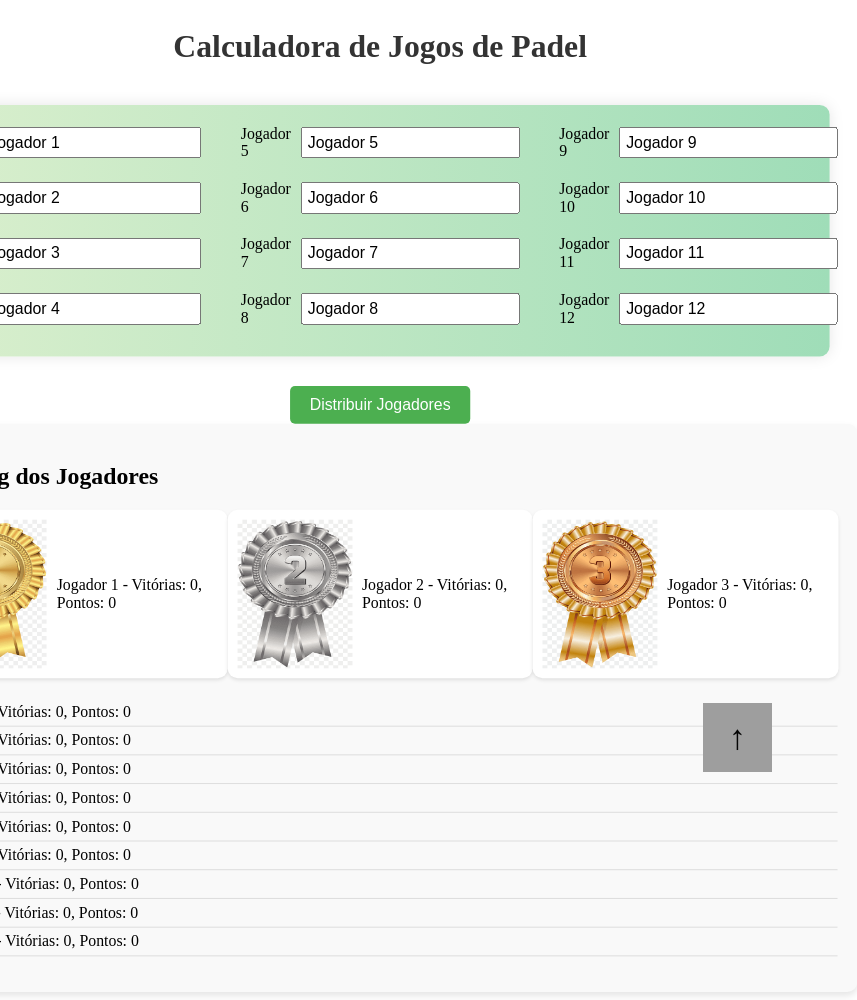
Repository: MarcioMiguel22/PadelMaster
Page: /calculadora
An editor plug-in stored every save of this project. The page is shown before and after the next save, followed by the edit.
The browser window is 768 px wide. The page is 866 px wide, then 768 px, so the pictures cover 866 px, including what lies to the right of the window. The pictures show the whole page, at 99% of full size.
Pictures or frames that could not be fetched are drawn as grey boxes. The project was rebuilt for these pictures with package versions that can differ from the ones it lists, and the page was loaded fresh each time. Also part of the build but not shown: vite.config.ts, src/pages/Home/Home.tsx, src/components/components_calculadora/Campo.tsx, src/components/components_calculadora/Jogo.tsx, src/index.css.

Above is the page before, as saved 2024-06-14 15:39:47.

### src/main.tsx
///home/marciomiguel/code/MarcioMiguel22/Sites/PadelMaster/src/main.tsx
import { render } from 'react-dom';
import { StrictMode } from 'react';
import App from './App';
import './index.css';

const root = document.getElementById('root')!;
render(
  <StrictMode>
    <App />
  </StrictMode>,
  root
);

### src/App.tsx

///home/marciomiguel/code/MarcioMiguel22/Sites/PadelMaster/src/App.tsx

import { BrowserRouter, Routes, Route } from 'react-router-dom';
import Home from './pages/Home/Home';
import Calculadora from './pages/Calculadora/Calculadora';

function App() {
  return (
    <BrowserRouter>
      <Routes>
        <Route path="/" element={<Home />} />
        <Route path="/calculadora" element={<Calculadora />} /> // Wrap Calculadora component with curly braces
      </Routes>
    </BrowserRouter>
  );
}

export default App

### src/pages/Calculadora/Calculadora.tsx
import React, { useState } from 'react';
import './Calculadora.css';
import JogadoresLista from '../../components/components_calculadora/JogadoresLista';
import Jogo from '../../components/components_calculadora/Jogo';
import Ranking from '../../components/components_calculadora/Ranking';
import { Jogador, Time, Campo as CampoType } from '../../utils/types/types'; // Importando os tipos
import { iniciarProximoJogo } from '../../components/components_calculadora/logic/gameLogic'; // Importando a função
import ScrollToTopButton from '../../components/components_calculadora/ScrollToTopButton'; // Importando o novo componente

const jogadoresIniciais: Jogador[] = Array.from({ length: 12 }, (_, i) => ({
  id: i + 1,
  nome: `Jogador ${i + 1}`,
  vitorias: 0,
  pontos: 0,
}));

const embaralharArray = <T,>(array: T[]): T[] => {
  const copiaArray = [...array];
  for (let i = copiaArray.length - 1; i > 0; i--) {
    const j = Math.floor(Math.random() * (i + 1));
    [copiaArray[i], copiaArray[j]] = [copiaArray[j], copiaArray[i]];
  }
  return copiaArray;
};

const criarTimes = (jogadores: Jogador[]): Time[] => {
  const jogadoresEmbaralhados = embaralharArray(jogadores);
  const times: Time[] = [];
  for (let i = 0; i < jogadoresEmbaralhados.length; i += 2) {
    times.push({ jogadores: jogadoresEmbaralhados.slice(i, i + 2), resultado: 0 });
  }
  return times;
};

const criarCampos = (times: Time[]): CampoType[] => [
  { id: 1, times: times.slice(0, 2) },
  { id: 2, times: times.slice(2, 4) },
  { id: 3, times: times.slice(4, 6) },
];

const CalculadoraApp: React.FC = () => {
  const [jogadores, setJogadores] = useState<Jogador[]>(jogadoresIniciais);
  const [jogos, setJogos] = useState<CampoType[][]>([]);

  const handleNomeChange = (id: number, novoNome: string) => {
    setJogadores(jogadores.map(jogador =>
      jogador.id === id ? { ...jogador, nome: novoNome } : jogador
    ));
  };

  const handleResultadoChange = (jogoIndex: number, campoId: number, timeIndex: number, novoResultado: number) => {
    setJogos(jogos.map((jogo, idx) =>
      idx === jogoIndex
        ? jogo.map(campo =>
            campo.id === campoId
              ? {
                  ...campo,
                  times: campo.times.map((time, index) =>
                    index === timeIndex ? { ...time, resultado: novoResultado } : time
                  ),
                }
              : campo
          )
        : jogo
    ));
  };

  const handleNomeEdit = (jogoIndex: number, campoId: number, timeIndex: number, jogadorIndex: number, novoNome: string) => {
    setJogos(jogos.map((jogo, idx) =>
      idx === jogoIndex
        ? jogo.map(campo =>
            campo.id === campoId
              ? {
                  ...campo,
                  times: campo.times.map((time, tIdx) =>
                    tIdx === timeIndex
                      ? {
                          ...time,
                          jogadores: time.jogadores.map((jogador, jIdx) =>
                            jIdx === jogadorIndex ? { ...jogador, nome: novoNome } : jogador
                          ),
                        }
                      : time
                  ),
                }
              : campo
          )
        : jogo
    ));
  };

  const distribuirJogadores = () => {
    const times = criarTimes(jogadores);
    const novosCampos = criarCampos(times);
    setJogos([novosCampos]);
  };

  const getTeamClass = (campo: CampoType, timeIndex: number): string => {
    if (campo.times.length < 2) return '';
    const resultadoAtual = campo.times[timeIndex].resultado;
    const resultadoOponente = campo.times[1 - timeIndex]?.resultado;
    if (resultadoAtual > resultadoOponente) return 'team vencedor';
    if (resultadoAtual < resultadoOponente) return 'team perdedor';
    return 'team';
  };

  const jogadoresClassificados = [...jogadores].sort((a, b) => {
    if (b.vitorias === a.vitorias) {
      return b.pontos - a.pontos;
    }
    return b.vitorias - a.vitorias;
  });

  return (
    <div className="calculadora-container">
      <h1>Calculadora de Jogos de Padel</h1>
      <div className="main-content">
        <JogadoresLista jogadores={jogadores} handleNomeChange={handleNomeChange} />
        <div className="fields-container">
          <button onClick={distribuirJogadores} className="distribute-button">Distribuir Jogadores</button>
          {jogos.map((jogo, jogoIndex) => (
            <Jogo
              key={jogoIndex}
              jogo={jogo}
              jogoIndex={jogoIndex}
              handleResultadoChange={handleResultadoChange}
              handleNomeEdit={handleNomeEdit}
              getTeamClass={getTeamClass}
            />
          ))}
        </div>
        {jogos.length > 0 && jogos.length < 5 && (
          <button onClick={() => iniciarProximoJogo(jogos, setJogos)} className="distribute-button">Jogo {jogos.length + 1}</button>
        )}
        <ScrollToTopButton />
        <Ranking jogadoresClassificados={jogadoresClassificados} />
      </div>
    </div>
  );
};

export default CalculadoraApp;

### src/pages/Home/Home.module.css
.padel-container {
  text-align: center;
  background-color: white;
  padding: 20px;
  border-radius: 10px;
  box-shadow: 0 0 10px rgba(0, 0, 0, 0.1);
}

h1 {
  color: #333;
  margin-bottom: 20px;
}

.padel-image {
  max-width: 50%;
  height: auto;
  border-radius: 10px;
  margin-bottom: 20px;
}

.enter-button {
  background-image: url('../../assets/images/tennis-ball.png'); /* Ensure the path is correct */
  background-size: cover;
  background-position: center;
  background-repeat: no-repeat;
  width: 60px;
  height: 60px;
  border: none;
  border-radius: 50%;
  cursor: pointer;
  padding: 0;
}

.enter-button:hover {
  transform: scale(1.1);
}

### src/pages/Calculadora/Calculadora.css
.calculadora-container {
  /* padding: 20px;
  text-align: center; */
  display: flex;
  flex-direction: column;
  align-items: center;
  gap: 20px;
}

.main-content {

  gap: 20px;
}

.jogadores-lista {
  background: linear-gradient(to right, #daefcd, #9fddb8);
  display: flex;
  flex-direction: row;
  justify-content: center;
  gap: 40px;

  width: 90%;
  max-width: 1200px;
  margin: 0 auto;
  padding: 20px;

  border-radius: 10px;
  box-shadow: 0 0 15px rgba(0, 0, 0, 0.1);
}

.jogadores-coluna {
  display: flex;
  flex-direction: column;
  align-items: center;
  gap: 10px;
}

.jogador-item {
  display: flex;
  align-items: center;
  margin-bottom: 10px;
}

.jogador-item label {
  margin-right: 10px;
}

.jogador-item input {
  padding: 5px;
  font-size: 16px;
}

.jogador-input {
  margin-right: 5px;
  padding: 5px;
  font-size: 16px;
  border: 1px solid #ccc;
  border-radius: 5px;
}

.distribute-button, .scroll-to-top {
  background-color: #4CAF50;
  color: white;
  padding: 10px 20px;
  border: none;
  border-radius: 5px;
  cursor: pointer;
  font-size: 16px;
  margin-top: 10px;
}

.distribute-button:hover, .scroll-to-top:hover {
  background-color: #45a049;
}

.fields-container {
  display: flex;
  flex-direction: column;
  align-items: center;
  margin-top: 20px;
}

.jogo {
  margin-bottom: 40px;
}

.campos {
  display: flex;
  justify-content: space-around;
}

.field {
  background: linear-gradient(to right, #c3e8ad, #a8d5ba);
  padding: 20px;
  border-radius: 10px;
  box-shadow: 0 0 10px rgba(0, 0, 0, 0.1);
  width: 30%;
}

.field h2 {
  margin-top: 0;
}

.team {

  list-style-type: none;
  padding: 5px;
  background-color: #fff;
  margin: 5px 0;
  border-radius: 5px;
  box-shadow: 0 0 5px rgba(0, 0, 0, 0.1);
  width:fit-content; /* Ajuste o valor conforme necessário */
}


.team.vencedor {
  background-color: #d4edda; /* Verde claro */
}

.team.perdedor {
  background-color: #f8d7da; /* Vermelho claro */
}

.team div {
  display: flex;
  align-items: center;
}

.team input.resultado-input {
  margin-left: 10px;
  width: 45px;
  padding: 5px;
  font-size: 16px;
}

.ranking-container {
  margin-top: 40px;
}

.ranking-container h2 {
  margin-bottom: 10px;
}

.ranking-container ul {
  list-style-type: none;
  padding: 0;
}

.ranking-container li {
  margin: 5px 0;
}

### src/components/components_calculadora/JogadoresLista.tsx
import React from 'react';
import JogadorItem from './JogadorItem';
import { Jogador } from '../../utils/types/types'; // Importando o tipo Jogador

interface JogadoresListaProps {
  jogadores: Jogador[];
  handleNomeChange: (id: number, novoNome: string) => void;
}

const JogadoresLista: React.FC<JogadoresListaProps> = ({ jogadores, handleNomeChange }) => (
  <div className="jogadores-lista">
    {Array.from({ length: 3 }, (_, i) => (
      <div className="jogadores-coluna" key={i}>
        {jogadores.slice(i * 4, (i + 1) * 4).map(jogador => (
          <JogadorItem
            key={jogador.id}
            jogador={jogador}
            handleNomeChange={handleNomeChange}
          />
        ))}
      </div>
    ))}
  </div>
);

export default JogadoresLista;

### src/components/components_calculadora/Ranking.tsx
import React from 'react';
import ouro from '../../assets/images/ouro.png';
import prata from '../../assets/images/prata.png';
import bronze from '../../assets/images/bronze.png';
import styles from './Ranking.module.css';

interface Jogador {
  id: number;
  nome: string;
  vitorias: number;
  pontos: number;
}

interface RankingProps {
  jogadoresClassificados: Jogador[];
}

const Ranking: React.FC<RankingProps> = ({ jogadoresClassificados }) => {
  const top3 = jogadoresClassificados.slice(0, 3);
  const outrosJogadores = jogadoresClassificados.slice(3);

  const medalhas = [ouro, prata, bronze];

  return (
    <div className={styles.rankingContainer}>
      <h2>Ranking dos Jogadores</h2>
      <div className={styles.top3Container}>
        {top3.map((jogador, index) => (
          <div key={jogador.id} className={styles.top3Item}>
            <img src={medalhas[index]} alt={`Medalha de ${index + 1}`} className={styles.medalha} />
            {jogador.nome} - Vitórias: {jogador.vitorias}, Pontos: {jogador.pontos}
          </div>
        ))}
      </div>
      <ul className={styles.outrosJogadores}>
        {outrosJogadores.map((jogador) => (
          <li key={jogador.id}>
            {jogador.nome} - Vitórias: {jogador.vitorias}, Pontos: {jogador.pontos}
          </li>
        ))}
      </ul>
    </div>
  );
};

export default Ranking;

### src/components/components_calculadora/logic/gameLogic.ts
import { Jogador, Campo as CampoType } from '../../../utils/types/types';

export const separarDuplas = (jogadores: Jogador[]): Jogador[] => {
  const separados: Jogador[] = [];
  while (jogadores.length) {
    const [jogador1, jogador2] = jogadores.splice(0, 2);
    separados.push(jogador1);
    if (jogador2) separados.push(jogador2);
  }
  return separados;
};

export const iniciarProximoJogo = (jogos: CampoType[][], setJogos: React.Dispatch<React.SetStateAction<CampoType[][]>>) => {
  const ultimoJogo = jogos[jogos.length - 1];
  const novosCampos: CampoType[] = [
    { id: 1, times: [] },
    { id: 2, times: [] },
    { id: 3, times: [] },
  ];

  const campo1 = ultimoJogo.find(campo => campo.id === 1);
  const campo2 = ultimoJogo.find(campo => campo.id === 2);
  const campo3 = ultimoJogo.find(campo => campo.id === 3);

  if (campo1 && campo2 && campo3) {
    const [time1Campo1, time2Campo1] = campo1.times;
    const [time1Campo2, time2Campo2] = campo2.times;
    const [time1Campo3, time2Campo3] = campo3.times;

    // Vencedores e perdedores dos campos
    const vencedoresCampo1 = time1Campo1.resultado > time2Campo1.resultado ? time1Campo1.jogadores : time2Campo1.jogadores;
    const perdedoresCampo1 = time1Campo1.resultado > time2Campo1.resultado ? time2Campo1.jogadores : time1Campo1.jogadores;

    const vencedoresCampo2 = time1Campo2.resultado > time2Campo2.resultado ? time1Campo2.jogadores : time2Campo2.jogadores;
    const perdedoresCampo2 = time1Campo2.resultado > time2Campo2.resultado ? time2Campo2.jogadores : time1Campo2.jogadores;

    const vencedoresCampo3 = time1Campo3.resultado > time2Campo3.resultado ? time1Campo3.jogadores : time2Campo3.jogadores;
    const perdedoresCampo3 = time1Campo3.resultado > time2Campo3.resultado ? time2Campo3.jogadores : time1Campo3.jogadores;

    // Atualizar pontuação dos jogadores
    const margemVitoriaCampo1 = Math.abs(time1Campo1.resultado - time2Campo1.resultado);
    const margemVitoriaCampo2 = Math.abs(time1Campo2.resultado - time2Campo2.resultado);
    const margemVitoriaCampo3 = Math.abs(time1Campo3.resultado - time2Campo3.resultado);

    vencedoresCampo1.forEach(jogador => {
      jogador.vitorias += 1;
      jogador.pontos += margemVitoriaCampo1;
    });

    vencedoresCampo2.forEach(jogador => {
      jogador.vitorias += 1;
      jogador.pontos += margemVitoriaCampo2;
    });

    vencedoresCampo3.forEach(jogador => {
      jogador.vitorias += 1;
      jogador.pontos += margemVitoriaCampo3;
    });

    // Campo 1: vencedores do campo 1 e vencedores do campo 2
    novosCampos[0].times.push(
      { jogadores: [vencedoresCampo1[0], vencedoresCampo2[0]], resultado: 0 },
      { jogadores: [vencedoresCampo1[1], vencedoresCampo2[1]], resultado: 0 }
    );

    // Campo 2: perdedores do campo 1 e vencedores do campo 3
    novosCampos[1].times.push(
      { jogadores: [perdedoresCampo1[0], vencedoresCampo3[0]], resultado: 0 },
      { jogadores: [perdedoresCampo1[1], vencedoresCampo3[1]], resultado: 0 }
    );

    // Campo 3: perdedores do campo 2 e perdedores do campo 3
    novosCampos[2].times.push(
      { jogadores: [perdedoresCampo2[0], perdedoresCampo3[0]], resultado: 0 },
      { jogadores: [perdedoresCampo2[1], perdedoresCampo3[1]], resultado: 0 }
    );
  }

  setJogos([...jogos, novosCampos]);
};

### src/components/components_calculadora/ScrollToTopButton.tsx
import React from 'react';
import tennisBall from '../../assets/images/tennis-ball.png';
import styles from './ScrollToTopButton.module.css'; // Importando o arquivo CSS Module

const ScrollToTopButton: React.FC = () => {
  const scrollToTop = () => {
    window.scrollTo({ top: 0, behavior: 'smooth' });
  };

  return (
    <button onClick={scrollToTop} className={styles.scrollToTop}>
      <img src={tennisBall} alt="Tennis Ball" className={styles.tennisBall} />
      <span className={styles.arrowUp}>↑</span>
    </button>
  );
};

export default ScrollToTopButton;

### src/components/components_calculadora/JogadorItem.tsx
import React from 'react';
import { Jogador } from '../../utils/types/types'; // Importando o tipo Jogador

interface JogadorItemProps {
  jogador: Jogador;
  handleNomeChange: (id: number, novoNome: string) => void;
}

const JogadorItem: React.FC<JogadorItemProps> = ({ jogador, handleNomeChange }) => (
  <div className="jogador-item">
    <label>{`Jogador ${jogador.id}`}</label>
    <input
      type="text"
      value={jogador.nome}
      onChange={(e) => handleNomeChange(jogador.id, e.target.value)}
    />
  </div>
);

export default JogadorItem;

### src/components/components_calculadora/Ranking.module.css
.rankingContainer {
  padding: 20px;
  background-color: #f9f9f9;
  border-radius: 10px;
  box-shadow: 0 4px 8px rgba(0, 0, 0, 0.1);
}

.top3Container {
  display: flex;
  justify-content: space-around;
  margin-bottom: 20px;
}

.top3Item {
  display: flex;
  align-items: center;
  padding: 10px;
  background-color: #ffffff;
  border-radius: 10px;
  box-shadow: 0 2px 4px rgba(0, 0, 0, 0.1);
}

.medalha {
  width: 150px;
  height: 150px;
  margin-right: 10px;
  transition: transform 0.3s ease-in-out;
}

.medalha:hover {
  transform: scale(1.2);
  animation: pulse 1s infinite;
}

@keyframes pulse {
  0% {
    transform: scale(1.2);
  }
  50% {
    transform: scale(1.25);
  }
  100% {
    transform: scale(1.2);
  }
}

.outrosJogadores {
  list-style-type: none;
  padding: 0;
}

.outrosJogadores li {
  padding: 5px 0;
  border-bottom: 1px solid #ddd;
}

### src/components/components_calculadora/ScrollToTopButton.module.css
.scrollToTop {
  position: fixed;
  bottom: 20px;
  left: 97%;
  transform: translateX(-50%);
  width: 70px;
  height: 70px;
  border: none;
  background: none;
  cursor: pointer;
  display: flex;
  align-items: center;
  justify-content: center;
}

.tennisBall {
  width: 100%;
  height: 100%;
  position: absolute;
}

.arrowUp {
  position: absolute;
  font-size: 35px;
  color: rgb(5, 5, 5);
  font-weight: bold;
  z-index: 1;
}

Loaded but not shown: index.html (common file)

After the next save:
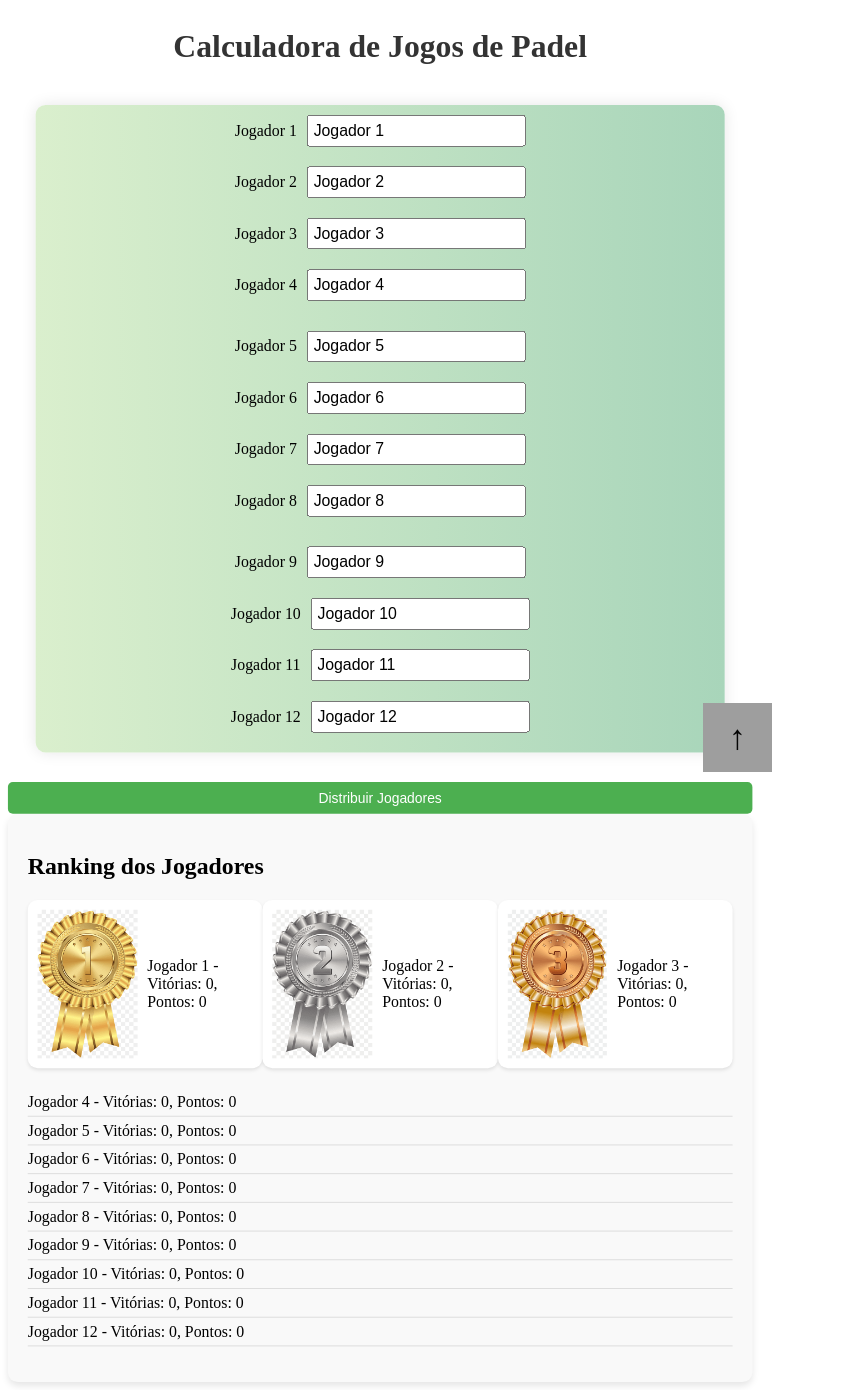
Saved 79 s later.
--- a/src/pages/Calculadora/Calculadora.css
+++ b/src/pages/Calculadora/Calculadora.css
@@ -1,6 +1,4 @@
 .calculadora-container {
-  /* padding: 20px;
-  text-align: center; */
   display: flex;
   flex-direction: column;
   align-items: center;
@@ -8,22 +6,19 @@
 }
 
 .main-content {
-
   gap: 20px;
 }
 
 .jogadores-lista {
-  background: linear-gradient(to right, #daefcd, #9fddb8);
+  background: linear-gradient(to right, #daefcd, #a8d5ba);
   display: flex;
   flex-direction: row;
   justify-content: center;
   gap: 40px;
-
   width: 90%;
   max-width: 1200px;
   margin: 0 auto;
   padding: 20px;
-
   border-radius: 10px;
   box-shadow: 0 0 15px rgba(0, 0, 0, 0.1);
 }
@@ -102,16 +97,14 @@
 }
 
 .team {
-
   list-style-type: none;
   padding: 5px;
   background-color: #fff;
   margin: 5px 0;
   border-radius: 5px;
   box-shadow: 0 0 5px rgba(0, 0, 0, 0.1);
-  width:fit-content; /* Ajuste o valor conforme necessário */
+  width: fit-content; /* Ajuste o valor conforme necessário */
 }
-
 
 .team.vencedor {
   background-color: #d4edda; /* Verde claro */
@@ -149,3 +142,40 @@
 .ranking-container li {
   margin: 5px 0;
 }
+
+/* Media Queries para Mobile */
+@media (max-width: 768px) {
+  .jogadores-lista {
+    flex-direction: column;
+    align-items: center;
+    gap: 20px;
+    padding: 10px;
+  }
+
+  .field {
+    width: 80%;
+    margin-bottom: 20px;
+  }
+
+  .campos {
+    flex-direction: column;
+    align-items: center;
+    gap: 20px;
+  }
+
+  .distribute-button, .scroll-to-top {
+    width: 100%;
+    font-size: 14px;
+    padding: 8px 16px;
+  }
+
+  .team div {
+    flex-direction: column;
+    align-items: flex-start;
+  }
+
+  .team input.resultado-input {
+    margin-left: 0;
+    margin-top: 5px;
+  }
+}
